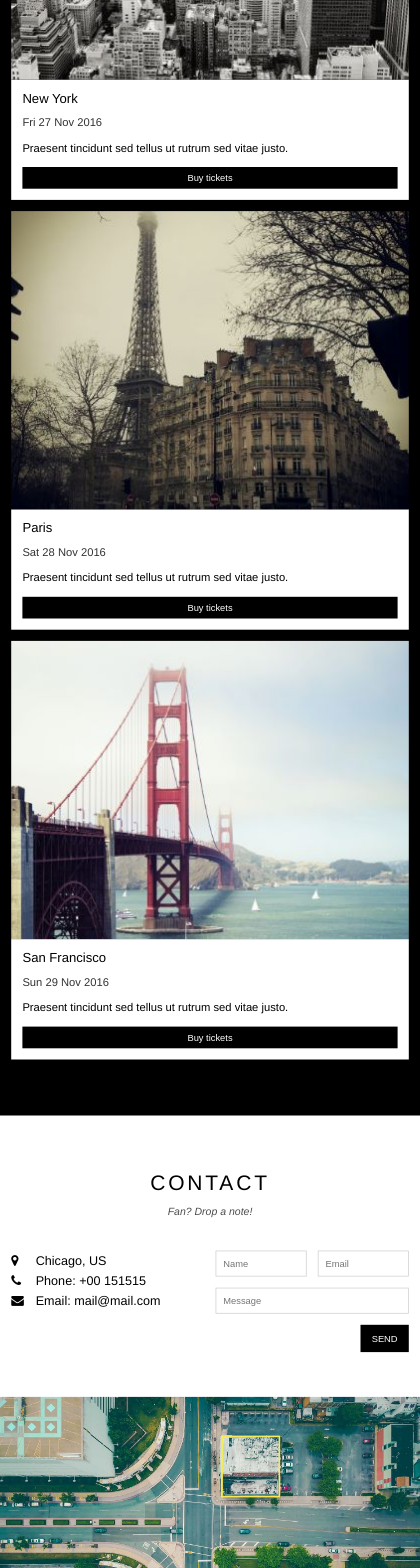
Repository: vuongtm1999/TheBand_W3School
Page: index.html
An editor plug-in stored every save of this project. The page is shown before and after the next save, followed by the edit.
The browser window is 600 px wide. The pictures show the part of the page from y = 2661 to 4901 px (the page is 5198 px tall before and 5222 px after), at 70% of full size.

Above is the page before, as saved 2022-08-31 08:42:36.

### index.html
<!DOCTYPE html>
<html lang="en">
<head>
    <meta charset="UTF-8">
    <meta http-equiv="X-UA-Compatible" content="IE=edge">
    <meta name="viewport" content="width=device-width, initial-scale=1.0">
    <title>The band</title>
    <link rel="stylesheet" href="./assets/css/style.css">
    <link rel="stylesheet" href="./assets/css/responsive.css">
    <link rel="stylesheet" href="https://cdnjs.cloudflare.com/ajax/libs/font-awesome/4.7.0/css/font-awesome.min.css">
    <link rel="icon" href="assets/img/place/paris.jpg" type="image/x-icon">
</head>
<body>
        <div id="header">
            <!-- begin: nav -->
            <ul id="nav">
                <li><a href="#">Home</a></li>
                <li><a href="#band">Bank</a></li>
                <li><a href="#tour">Tour</a></li>
                <li><a href="#contact">Contact</a></li>
                <li>
                    <a href="#">More <i style="font-size: 15px;" class="fa fa-caret-down"></i></a>
                    <ul class="subnav">
                        <li><a href="#">Merchandise</a></li>
                        <li><a href="#">Extras</a></li>
                        <li><a href="#">Media</a></li>
                    </ul>
                </li>
            </ul>
            <!-- end: nav -->

            <!-- begin: search button -->
            <div class="search-button">
                <i class="fa fa-search"></i>
            </div>
            <!-- end: search button -->

            <div class="mobile-menu-btn">
                <i class="fa fa-bars" aria-hidden="true"></i>
            </div>
        </div>



        <div id="content">

            <div id="slider">
                <div class="text-content">
                    <div class="container">
                        <h3 class=text-heading>
                            Chicago
                        </h3>
                        <div class="text-description">
                            Thank you, Chicago - A night we won't forget.
                        </div>
                    </div>
                </div>
            </div>

            <!-- about section -->
            <div id="band" class="content-section">
                <h2 class="section-heading">THE BAND</h2>
                <p class="section-sub-heading">We love music</p>
                <p class="section-about-text">We have created a fictional band website. Lorem ipsum dolor sit amet, consectetur adipiscing elit, sed do eiusmod tempor incididunt ut labore et dolore magna aliqua. Ut enim ad minim veniam, quis nostrud exercitation ullamco laboris nisi ut aliquip ex ea commodo consequat. Duis aute irure dolor in reprehenderit in voluptate velit esse cillum dolore eu fugiat nulla pariatur. Excepteur sint occaecat cupidatat non proident, sunt in culpa qui officia deserunt mollit anim id est laborum consectetur adipiscing elit, sed do eiusmod tempor incididunt ut labore et dolore magna aliqua. Ut enim ad minim veniam, quis nostrud exercitation ullamco laboris nisi ut aliquip ex ea commodo consequat.</p>

                <div class="member-list">

                    <div class="col col-third s-col-full-width">
                        <p class="member-name">Name</p>
                        <img class="member-image s-mb-16" src="assets/img/bandmember.jpg" alt="member">
                    </div>

                    <div class="col col-third s-col-full-width">
                        <p class="member-name">Name</p>
                        <img class="member-image s-mb-16" src="assets/img/bandmember.jpg" alt="member">
                    </div>

                    <div class="col col-third s-col-full-width">
                        <p class="member-name">Name</p>
                        <img class="member-image" src="assets/img/bandmember.jpg" alt="member">
                    </div>

                    <div class="clearFloat"></div>
                </div>
            </div>

            <!-- TOUR DATES section -->
            <div id="tour" class="tour-section">
                <div class="content-section">
                    <h2 class="section-heading">TOUR DATES</h2>
                    <p class="section-sub-heading">Remember to book your tickets!</p>

                    <br>

                    <ul class="ticket-list">
                        <li>September <span class="soldout">Sold out</span></li>
                        <li>October <span class="soldout">Sold out</span></li>
                        <li>November <span class="quantity">3</span></li>
                    </ul>

                    <div class="row place-ticket">

                        <div class="col col-third s-col-full-width s-mb-16">
                            <img src="assets/img/place/newyork.jpg" alt="img-ticket" class="place-img">
                            <div class="place-body">
                                <h3 class="place-city">New York</h3>
                                <p class="place-time">Fri 27 Nov 2016</p>
                                <p class="place-description">Praesent tincidunt sed tellus ut rutrum sed vitae justo.</p>
                                <button class="place-buy-tickets btn-common s-btn js-buy-ticket">Buy tickets</button>
                            </div>
                        </div>

                        <div class="col col-third s-col-full-width s-mb-16">
                            <img src="assets/img/place/paris.jpg" alt="img-ticket" class="place-img">
                            <div class="place-body">
                                <h3 class="place-city">Paris</h3>
                                <p class="place-time">Sat 28 Nov 2016</p>
                                <p class="place-description">Praesent tincidunt sed tellus ut rutrum sed vitae justo.</p>
                                <button class="place-buy-tickets btn-common s-btn js-buy-ticket">Buy tickets</button>
                            </div>
                        </div>

                        <div class="col col-third s-col-full-width s-mb-16">
                            <img src="assets/img/place/sanfran.jpg" alt="img-ticket" class="place-img">
                            <div class="place-body">
                                <h3 class="place-city">San Francisco</h3>
                                <p class="place-time">Sun 29 Nov 2016</p>
                                <p class="place-description">Praesent tincidunt sed tellus ut rutrum sed vitae justo.</p>
                                <button class="place-buy-tickets btn-common s-btn js-buy-ticket">Buy tickets</button>
                            </div>
                        </div>

                        <div class="clearFloat"></div>
                    </div>
                </div>
            </div>



            <!-- CONTACT section -->
            <div id="contact" class="content-section">
                <h2 class="section-heading">CONTACT</h2>
                <p class="section-sub-heading">Fan? Drop a note!</p>

                <div class="row contact-items">
                    <div class="col col-half contact-info">
                        <p><i class="fa fa-map-marker" aria-hidden="true"></i>   Chicago, US</p>
                        <p><i class="fa fa-phone" aria-hidden="true"></i> Phone: +00 151515</p>
                        <p><i class="fa fa-envelope" aria-hidden="true"></i>  Email: mail@mail.com</p>
                    </div>
                    <div class="col col-half contact-form">
                        <form action="">
                        <div class="row">
                            <div class="col col-half">
                                <input type="text" required placeholder="Name" class="p-10 btn-contact contact-input-name">
                            </div>
                            <div class="col col-half">
                                <input type="email" required placeholder="Email" class="p-10 btn-contact contact-input-email">
                            </div>
                        </div>
                        <div class="row">
                            <div class="col col-full">
                                <input type="text" required placeholder="Message" class="p-10 btn-contact contact-input-message">
                            </div>
                        </div>

                        <input type="submit" class="contact-btn-send btn-common" value="SEND"></input>
                    </div>
                    </form>
                </div>
            </div>
            <!-- End: contact section -->

            <!-- Map section -->
            <div class="map-section">
                <img src="assets/img/map.jpg" alt="map-img" class="place-img">
            </div>

        </div>

        <!-- Modal dialog -->
        <div class="modal js-modal">
            <div class="modal-container js-modal-container">
                <i class="fa fa-times close-icon js-close-icon" aria-hidden="true"></i>
                <header class="modal-header">
                    <i class="fa fa-suitcase mr-5"></i>
                     Tickets
                </header>
                <div class="modal-body">
                    <label for="quantity-sticket" class="modal-label">
                        <i class="fa fa-shopping-cart" aria-hidden="true"></i>
                        Tickets, $15 per person
                    </label>
                    <input type="text" id="quantity-sticket" class="quantity-sticketet" placeholder="How many?">

                    <label for="send-to-sticket" class="modal-label">
                        <i class="fa fa-user" aria-hidden="true"></i>
                        Send to
                    </label>
                    <input type="text" id="send-to-sticket" class="send-to-sticket" placeholder="Enter email" class=placeholder="Enter email">

                    <button id="btn-pay" class="btn-pay">PAY <i class="fa fa-check" aria-hidden="true"></i></button>
                </div>

                <div class="modal-footer">
                    <button class="btn-close js-close-btn">Close <i class="fa fa-times" aria-hidden="true"></i></button>

                    <div class="modal-text-help">Need <a href="#" id="btn-help">help?</a></div>
                </div>
            </div>
        </div>

        <div class="footer">
            <div class="icon-info">
                <i class="fa fa-facebook-official" aria-hidden="true"></i>
                <i class="fa fa-instagram" aria-hidden="true"></i>
                <i class="fa fa-snapchat" aria-hidden="true"></i>
                <i class="fa fa-pinterest-p" aria-hidden="true"></i>
                <i class="fa fa-twitter" aria-hidden="true"></i>
                <i class="fa fa-linkedin" aria-hidden="true"></i>
            </div>
            <div class="powered">
                <p>Powered by <a href=""></a>w3.css</p>
            </div>
        </div>
    </div>
    <script>
        const buyBtns = document.querySelectorAll('.js-buy-ticket');
        const modal = document.querySelector('.js-modal');
        const closeBtn = document.querySelector('.js-close-btn');
        const closeIcon = document.querySelector('.js-close-icon');
        const modalContainer = document.querySelector('.js-modal-container');

        function showTicketDialog(){
            modal.classList.add('modal-open')
        }

        function hideTicketDialog(){
            modal.classList.remove('modal-open')
        }

        for(const buyBtn of buyBtns){
            buyBtn.addEventListener('click', showTicketDialog);
        }

        closeBtn.addEventListener('click', hideTicketDialog);
        closeIcon.addEventListener('click', hideTicketDialog);

        //Dong khi click ra ngoai modal
        modal.addEventListener('click', hideTicketDialog);
        modalContainer.addEventListener('click', function(even) {
            even.stopPropagation()
        });

        // buyBtns.forEach(function (buyBtn) {
        //     buyBtn.addEventListener('click', showTicketDialog())
        // })

        // Dong mo menu (mobile)
        var menu = document.getElementById("header")
        var menuBtn = document.querySelector(".mobile-menu-btn")
        var menuHeight = menu.clientHeight

        menuBtn.onclick = function(e){
            if(this.clientHeight === menuHeight){
                menu.style.height = 'auto'
                menuHeight = menu.clientHeight
            }else{
                menu.style.height = null
                menuHeight = menu.clientHeight
            }
        }

        //Tu dong dong khi chon menu
        var menuItems =  document.querySelectorAll("#header > ul a[href*='#']")
        for(let i =0;i<menuItems.length;i++){
            menuItem = menuItems[i]



            menuItem.onclick = function(e){
                var isParentMenu = this.nextElementSibling &&
                        this.nextElementSibling.classList.contains("subnav")

                if(isParentMenu){
                    e.preventDefault()
                }else{
                    menu.style.height = null
                    menuHeight = menu.clientHeight
                }
            }
        }

        console.log()
    </script>
</body>
</html>

### assets/css/style.css
/* reset CSS */
* {
    margin: 0;
    padding: 0;
    box-sizing: border-box;
}

html {
    scroll-behavior: smooth;
    font-family: Helvetica, Arial, sans-serif;
}

#nav, .subnav, li{
    list-style-type: none;
}

#nav{
    display: inline-block;
}

/* Common */
.clearFloat{
    /* Khac phuc khi dung float :left */
    clear: both;
}

.btn-common{
    color: white;
    background-color: #000;
    border: none;
}

.btn-common:hover{
    background-color: #ccc;
    color: #000;
}

.row{
    margin-left: -8px;
    margin-right: -8px;
}

.col{
    float: left;
    padding-left: 8px;
    padding-right: 8px;
}

.col::after{
    content: "";
    display: block;
    clear: both;
}

.col-full{
    width: 100%;
}

.col-half{
    width: 50%;
}

.col-third{
    width: 33.3333%;
}

.text-center{
    text-align: center;
}

.p-8{
    padding: 8px;
}

.mb-8{
    margin-bottom: 8px;
}

.p-10{
    padding: 10px;
}

.mr-8{
    margin-right: 8px;
}

/*
Nguyen tac lam viec
1. Vi tri
2. Kich thuoc
3. Mau sac
4. Kieu dang (kieu chu, hinh tron hay hinh vuong,...)
*/

/*
Tu ngoai vao trong
Tu tren xuong duoi
TU tong quan den chi tiet
 */

#main {}

#header {
    position: fixed;
    z-index: 1;
    height: 46px;
    background-color: #000;
    color: #fff;
    top: 0;
    left: 0;
    right: 0;
}

#nav li {
    text-decoration: none;
    line-height: 46px;
}

/* The a */
a{
    text-decoration: none;
}

#nav > li > a {
    /* display: inline-block; */
    padding: 0px 24px;
    color: #ffffff;
    text-transform: uppercase;
}

#nav > li {
    display: inline-block;
}

#nav li:last-child {
    position: relative;
}

#nav .subnav {
    background-color: #fff;
    position: absolute;
    display: none;
    top: 100%;
    left: 0;
    box-shadow:  0px 0px 10px rgba(0, 0, 0, 0.3);
    min-width: 160px;
}

#nav .subnav a{
    color: #000;
    padding: 0px 12px;
    line-height: 30px;
    display: inline-block;
    width: 100%;
}

#nav .subnav li:hover,
#nav > li:hover > a {
    color: #000;
    background-color: #ccc;
    display: block;
}

#nav > li:last-child:hover .subnav{
    display: block;
}

/* search btn */
#header .search-button{
    float: right;
    line-height: 46px;
    padding: 0 24px;
    user-select: none;
}

#header .mobile-menu-btn{
    float: right;
    line-height: 46px;
    padding: 0 24px;
    user-select: none;
    position: absolute;
    right: 0;
    top: 0;
}


#header .search-button:hover{
    background-color: #f44336;
}

#header .mobile-menu-btn:hover{
    background-color: #ccc;
    color: #000;
}

#slider {
    /* background-color: rgb(27, 22, 22); */
    margin-top: 46px;
/* padding-top bang 50% chieu rong cua thanh phan do */
    padding-top: 50%;
    position: relative;
    background: url("/assets/img/chicago.jpg") top center / cover no-repeat;
}

#slider .text-content{
    position: absolute;
    color: white;
    bottom: 48px;

    /* cach 1 */
    /* left: 50%;
    transform: translateX(-50%); */
    /* cach 2 */
    /* left: 0;
    right: 0; */
    /* cach 3 */
    width: 100%;
    text-align: center;
}

.text-heading{
    font-size: 24px;
    font-weight: 400;
}

.text-description{
    margin-top: 25px;
    font-weight: bolder;
    font-size: 15px;
}

#content{
    /* max-width: 100%; */
}

#content .content-section{
    width: 800px;
    max-width: 100%;
    padding: 64px;
    padding-left: 16px;
    padding-right: 16px;
    margin-left: auto;
    margin-right: auto;
}

.content-section .section-heading,
.content-section .section-about-text{
    margin: 15px 0px;
}

.content-section .section-heading,
.content-section .section-sub-heading{
    text-align: center;
}

.content-section .section-sub-heading{
    font-size: 15px;
    opacity: 0.7;
    font-style: italic;
}

.content-section .section-heading{
    font-size: 30px;
    font-weight: 400;
    letter-spacing: 4px;
}

.content-section .section-about-text{
    /* line-height khong co px */
    line-height: 1.5;
    font-size: 15px;
    text-align: justify;
}

.content-section .member-list{
    margin: 32px 0;
    text-align: center;
    /* Khac phuc khi dung float :left */
    /* overflow: hidden; */
}

.content-section .member-name{
    margin: 15px 0;
}

.content-section .member-image{
    width: 154px;
    border-radius: 4px;
}

/* Tour section */
.tour-section{
    background-color: #000;
    min-height: 851px;
}

/*  begin: tour section */
.tour-section .section-heading,
.tour-section .section-sub-heading{
    color: white !important;
}

.tour-section .section-heading{
    margin: 10px 0;
}

.tour-section .section-sub-heading{
    margin: 15px 0;
}

.ticket-list{
    background-color: white;
}

.ticket-list > li{
    font-size: 15px;
    padding: 12px;
    border-bottom: 1px solid #ddd;
    color: #757575;
}

.soldout{
    background-color: #f44336;
    padding: 6px;
    margin-left: 16px;
    color: #fff;
}

.quantity{
    float: right;
    margin-right: 16px;
    background-color: #000;
    width: 24px;
    height: 24px;
    border-radius: 50%;
    color: white;
    text-align: center;
    line-height: 24px;
    margin-top: -3px;
}

/* place-ticket */
.place-ticket{
    /* margin-top: 32px; */
    padding-top: 32px;
}

.place-item{
    float: left;
    width: 33.3333%;
    padding: 0 8px;
}

.place-img{
    width: 100%;
    display: block;
}

.place-img:hover{
    opacity: 0.7;
}

.place-body{
    background-color: white;
    color: rgb(1, 1, 1);
    padding: 16px;
}

.place-city{
    font-weight: 550;
}

.place-time{
    opacity: 0.8;
    margin: 15px 0;
}

.place-description{
    margin: 15px 0;
    line-height: 1.5;
}

.place-buy-tickets{
    padding: 8px 16px;
    display: inline-block;
}

/* modal dialog */
.modal{
    position: fixed;
    background-color: rgba(0, 0, 0, 0.3);
    top: 0;
    left: 0;
    right: 0;
    bottom: 0;

    /* display: flex; */
    align-items: center;
    justify-content: center;

    display: none;
}

.modal-open{
    display: flex !important;
}

.modal-container{
    background-color: #fff;
    width: 900px;
    min-height: 473px;
    position: relative;

    /* reponsive */
    max-width: calc(100% - 32px);
}

.modal-header {
    height: 129px;
    background-color: #009688;
    display: flex;
    align-items: center;
    justify-content: center;
    letter-spacing: 4px;
    font-weight: 400;
    font-size: 30px;
    color: #fff;
}

.mr-5{
    margin-right: 16px;
}
.close-icon{
    position: absolute;
    top: 0;
    right: 0;
    padding: 12px;
    color: #fff;
}

.close-icon:hover{
    background-color: #ccc;
    color: #000
}

.modal-body {
    padding: 0 16px;
}

.modal-label{
    display: block;
    margin: 18px 0 8px 0;
}

.quantity-sticketet,
.send-to-sticket{
    border: 1px solid #ccc;
    padding: 8px;
    font-size: 15px;
    width: 100%;
}

.btn-pay{
    margin: 16px 0;
    width: 100%;
    background-color: #009688;
    padding: 18px;
    color: #fff;
    border: none;
    font-size: 15px;
    text-transform: uppercase;
}

.btn-pay:hover{
    background-color: #ccc;
    color: #000;
    cursor: pointer;
}

.modal-footer{
    padding: 0 18px;
    margin: 16px 0;
}

.modal-text-help{
    float: right;
}

.btn-close{
    padding: 12px 16px;
    font-size: 15px;
    color: #fff;
    background-color: #f44336;
    border: none;
}

.btn-close:hover{
    cursor: pointer;
    background-color: #ccc;
    color: #000;
}

#btn-help{
    text-decoration: underline !important;
    color: #2196F3;
}

.contact-items{
    margin-top: 48px;
}

.contact-info i[class*="fa"]{
    width: 30px;
}

.contact-info {
    line-height: 1.6;
    font-size: 18px;
}

.contact-form{
    font-size: 15px;
}

.row::after{
    content: "";
    display: block;
    clear: both;
}

.contact-input-message{
    margin: 16px 0;
}

.btn-contact{
    border: 1px solid #ccc;

    width: 100%;
}

.contact-btn-send{
    padding: 12px 16px;
    float: right;
}

.footer{
    padding: 64px 0;
    text-align: center;
    color: #000;
    opacity: 0.6;
    font-size: 24px;
}

.powered{
    margin: 15px 0;
    font-size: 15px;
}

.footer .icon-info i:hover{
    opacity: 0.3;
}




#container {
    /* height: 500px;
    background-color: #ccc; */
}

### assets/css/responsive.css

/* PC */
@media (min-width:1024px) {
    #header .mobile-menu-btn{
        display: none !important;
    }
}

/* Tablet */
@media (min-width:740px) and (max-width:1024px) {
    #header .mobile-menu-btn{
        display: none !important;
    }
}

/* Mobile */
@media (max-width:740px) {
    .s-btn{
        width: 100%;
        padding: 8px 16px;
    }

    .s-mb-16{
        margin-bottom: 16px;
    }

    .s-col-full-width{
        width: 100%;
    }

    #header{
        overflow: hidden !important;
    }

    #header .search-button{
        display: none !important;
    }

    #nav{
        display: block !important;
    }

    #nav .subnav{
        position: initial !important;
        background-color: #333 !important;
    }

    #nav .subnav a{
        color: white;
        padding: 8px 41px;
    }

    #nav > li{
        display: block !important;
    }

    #nav > li:first-child{
        display: inline-block !important;
    }

    #band .member-list .member-image{
        width: 60%;
    }
}

After the next save:
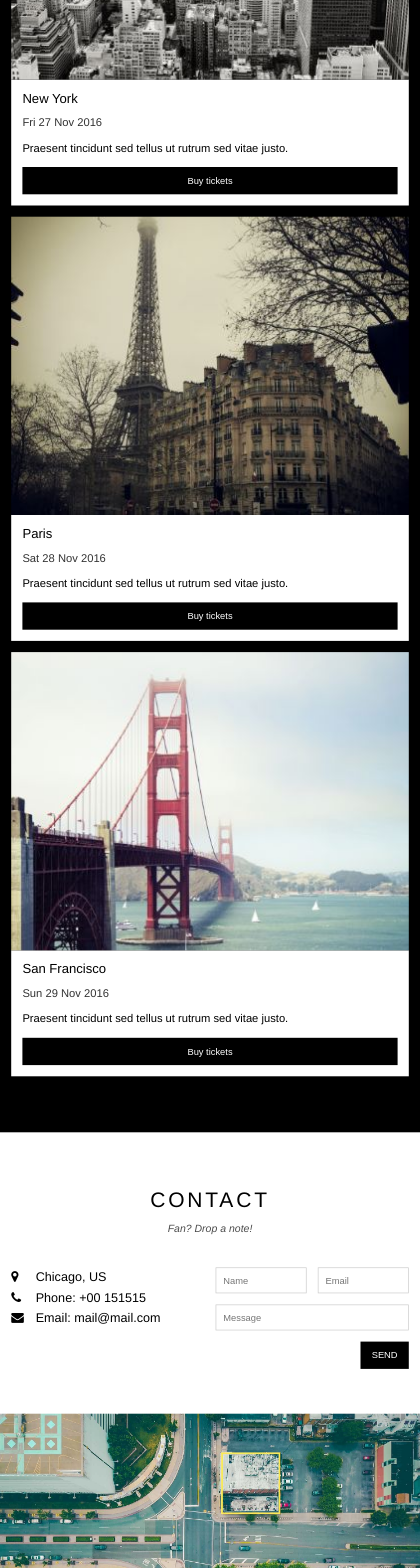
Saved 88 s later.
--- a/assets/css/responsive.css
+++ b/assets/css/responsive.css
@@ -17,7 +17,7 @@
 @media (max-width:740px) {
     .s-btn{
         width: 100%;
-        padding: 8px 16px;
+        padding: 12px 16px;
     }
 
     .s-mb-16{
